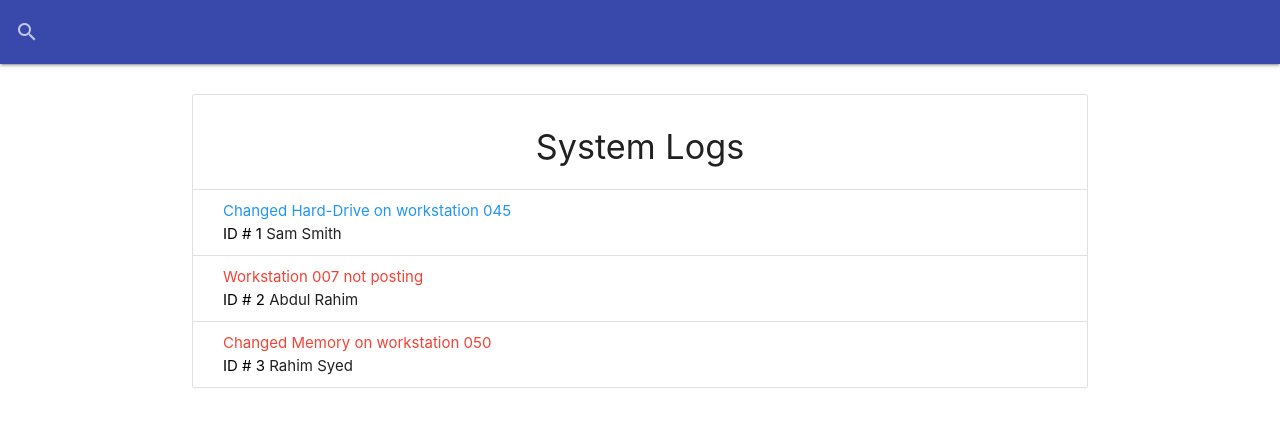
Repository: syedabdulrahim/IT_Logger
Page: /
These files come from the project's save history. The page is drawn as it stood at one moment and after the next save; the edit follows.
The browser window is 1280 px wide. The pictures show the whole page.
The project was rebuilt for these pictures with package versions that can differ from the ones it lists, and the page was loaded fresh each time. Requests to the local data server were answered from the project's data file. Also part of the build but not shown: src/App.css.

Above is the page before, as saved 2020-10-29 15:54:48.

After the next save:
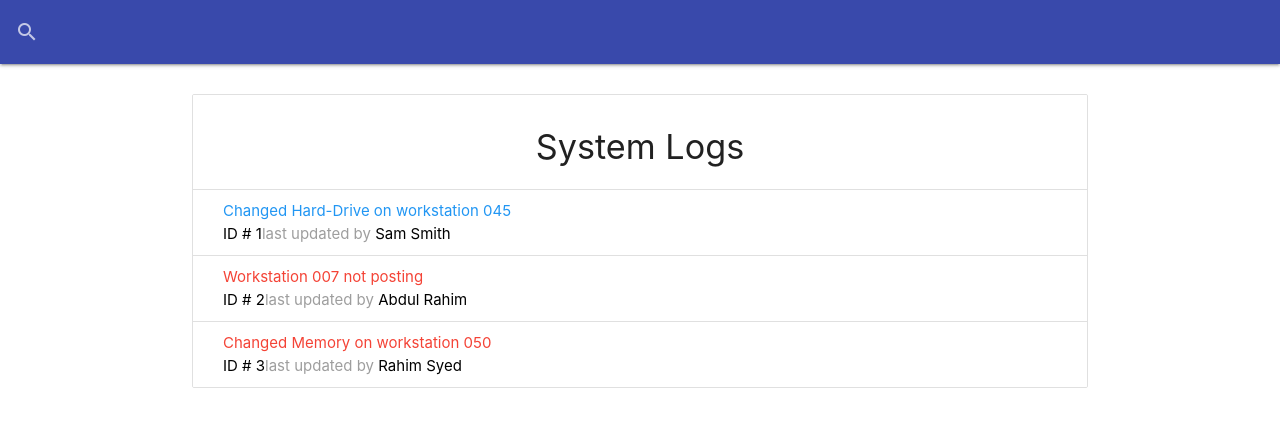
Saved 76 s later.
--- a/src/components/logs/LogItem.js
+++ b/src/components/logs/LogItem.js
@@ -12,9 +12,10 @@ const LogItem = ({log}) => {
                          {log.message}
                     </a>
                     <br/>
-                    <span>
+                    <span className="grey-text">
                             <span className="black-text">ID # {log.id}</span>
-                                {' '}{log.tech}
+                                {'last updated by'}
+                            <span className="black-text">{' '}{log.tech}</span>
                     </span>
                 </div>
             </li>
